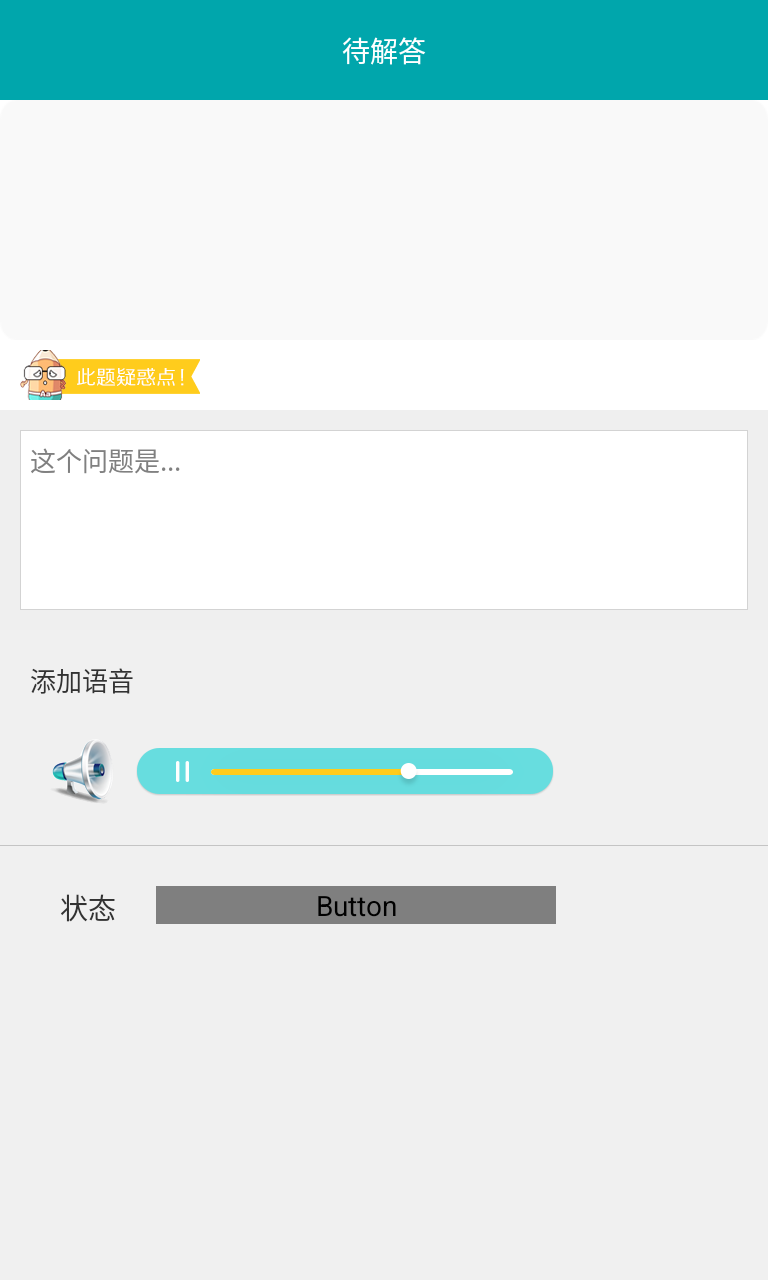
Repository: 2015-Forever/JWD
Layout: Jwd/res/layout/activity_un_answer.xml
An editor plug-in stored every save of this project. The layout is shown before and after the next save, followed by the edit.
Pictures or frames that could not be fetched are drawn as grey boxes. It is drawn on a 768 x 1280 px phone screen (xhdpi) without system bars, with theme AppTheme; the app's code is not run.

Above is the layout before, as saved 2015-07-16 06:13:48.

### Jwd/res/layout/activity_un_answer.xml
<?xml version="1.0" encoding="utf-8"?>
<LinearLayout xmlns:android="http://schemas.android.com/apk/res/android"
    android:layout_width="match_parent"
    android:layout_height="match_parent"
    android:orientation="vertical" >

    <LinearLayout
        android:layout_width="match_parent"
        android:layout_height="50dp"
        android:background="#00a6ac"
        android:gravity="center" >

        <TextView
            android:layout_width="wrap_content"
            android:layout_height="wrap_content"
            android:text="待解答"
            android:textColor="#ffffff" />
    </LinearLayout>

    <ImageView
        android:layout_width="match_parent"
        android:layout_height="120dp"
        android:background="@drawable/topic_picture" />

    <LinearLayout
        android:layout_width="match_parent"
        android:layout_height="35dp"
        android:background="#FFFFFF"
        android:gravity="center_vertical" >

        <ImageView
            android:layout_width="90dp"
            android:layout_height="25dp"
            android:layout_marginLeft="10dp"
            android:background="@drawable/navigation_icon_two" />
    </LinearLayout>

    <LinearLayout
        android:layout_width="match_parent"
        android:layout_height="110dp"
        android:background="#EFEFEF"
        android:gravity="center_vertical"
        android:padding="10dp" >

        <EditText
            android:layout_width="fill_parent"
            android:layout_height="match_parent"
            android:background="@drawable/edittext_bg"
            android:enabled="true"
            android:gravity="top"
            android:hint="这个问题是..."
            android:inputType="textMultiLine"
            android:lineSpacingExtra="5dp"
            android:paddingLeft="5dp"
            android:paddingTop="5dp"
            android:scrollbars="vertical"
            android:textSize="13sp" >
        </EditText>
    </LinearLayout>

    <LinearLayout
        android:layout_width="match_parent"
        android:layout_height="0dp"
        android:layout_weight="1"
        android:background="#f0f0f0"
        android:orientation="vertical" >

        <TextView
            android:layout_width="wrap_content"
            android:layout_height="wrap_content"
            android:layout_marginLeft="15dp"
            android:layout_marginTop="15dp"
            android:text="添加语音"
            android:textSize="13sp" />

        <LinearLayout
            android:layout_width="match_parent"
            android:layout_height="wrap_content"
            android:layout_marginTop="20dp"
            android:gravity="center_vertical"
            android:orientation="horizontal" >

            <ImageView
                android:layout_width="wrap_content"
                android:layout_height="wrap_content"
                android:layout_marginLeft="25dp"
                android:layout_marginRight="10dp"
                android:background="@drawable/sound_icon" />

            <ImageView
                android:layout_width="wrap_content"
                android:layout_height="wrap_content"
                android:background="@drawable/sound_icon_one" />

        </LinearLayout>

        <TextView
            android:layout_width="match_parent"
            android:layout_height="0.5dp"
            android:layout_marginTop="20dp"
            android:background="#C4C4C4" />

        <LinearLayout
            android:layout_width="match_parent"
            android:layout_height="0dp"
            android:layout_marginLeft="30dp"
            android:layout_marginRight="30dp"
            android:layout_weight="1"
            android:orientation="horizontal"
            android:paddingTop="20dp" >

            <TextView
                android:layout_width="wrap_content"
                android:layout_height="wrap_content"
                android:text="状态" />

            <Button
                android:layout_width="200dp"
                android:layout_height="wrap_content"
                android:layout_marginLeft="20dp"
                android:background="#00a6ac"
                android:text="待解答"
                android:textColor="@drawable/no_answer_button" />
        </LinearLayout>
    </LinearLayout>

</LinearLayout>

### Jwd/res/drawable/edittext_bg.xml
<?xml version="1.0" encoding="utf-8"?>
<selector xmlns:android="http://schemas.android.com/apk/res/android" >

    <item >
        <shape >
            <solid android:color="#FFFFFF"/>
            <stroke android:width="0.5dip" android:color="#D3D3D3"/>
        </shape>
    </item>

</selector>

Loaded but not shown: Jwd/res/values/styles.xml (common file); Jwd/res/values-v11/styles.xml (common file); Jwd/res/values-v14/styles.xml (common file)

After the next save:
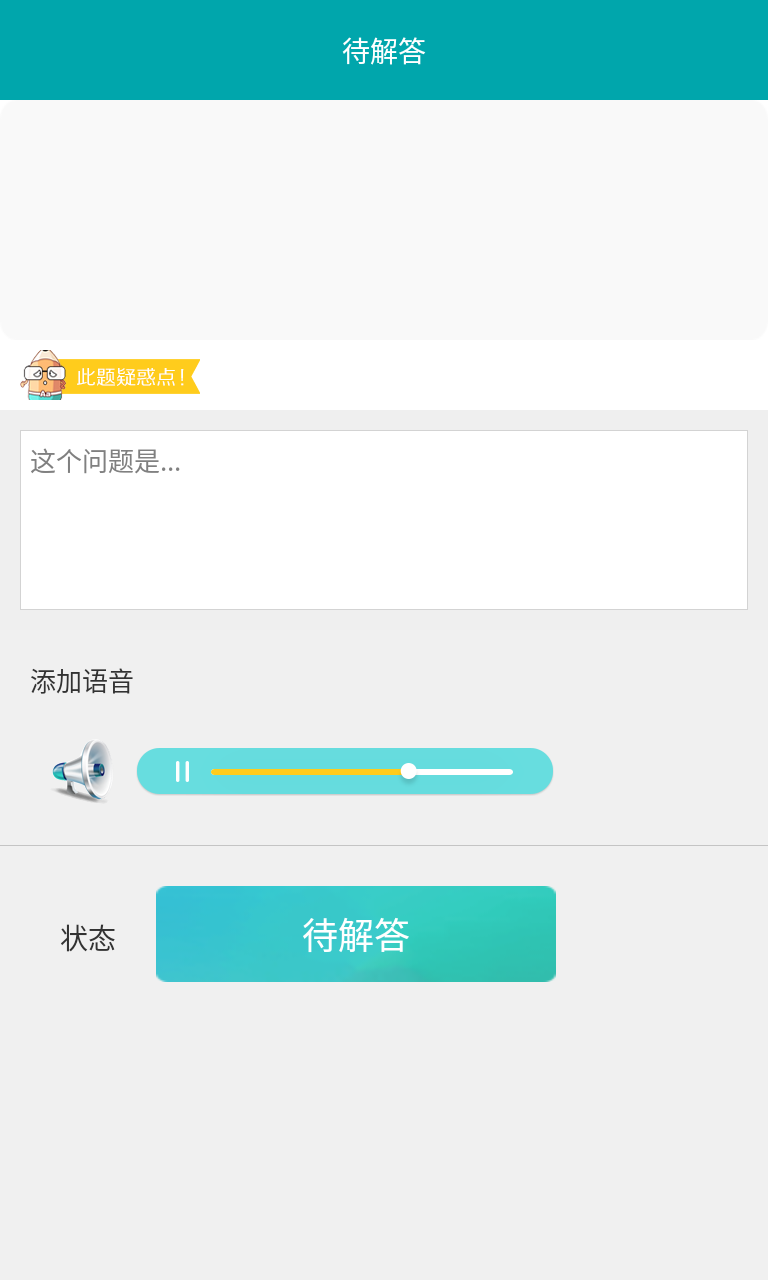
Saved 25 s later.
--- a/Jwd/res/layout/activity_un_answer.xml
+++ b/Jwd/res/layout/activity_un_answer.xml
@@ -118,9 +118,9 @@
                 android:layout_width="200dp"
                 android:layout_height="wrap_content"
                 android:layout_marginLeft="20dp"
-                android:background="#00a6ac"
+                android:background="@drawable/no_answer_button"
                 android:text="待解答"
-                android:textColor="@drawable/no_answer_button" />
+                android:textColor="#ffffff" />
         </LinearLayout>
     </LinearLayout>
 
